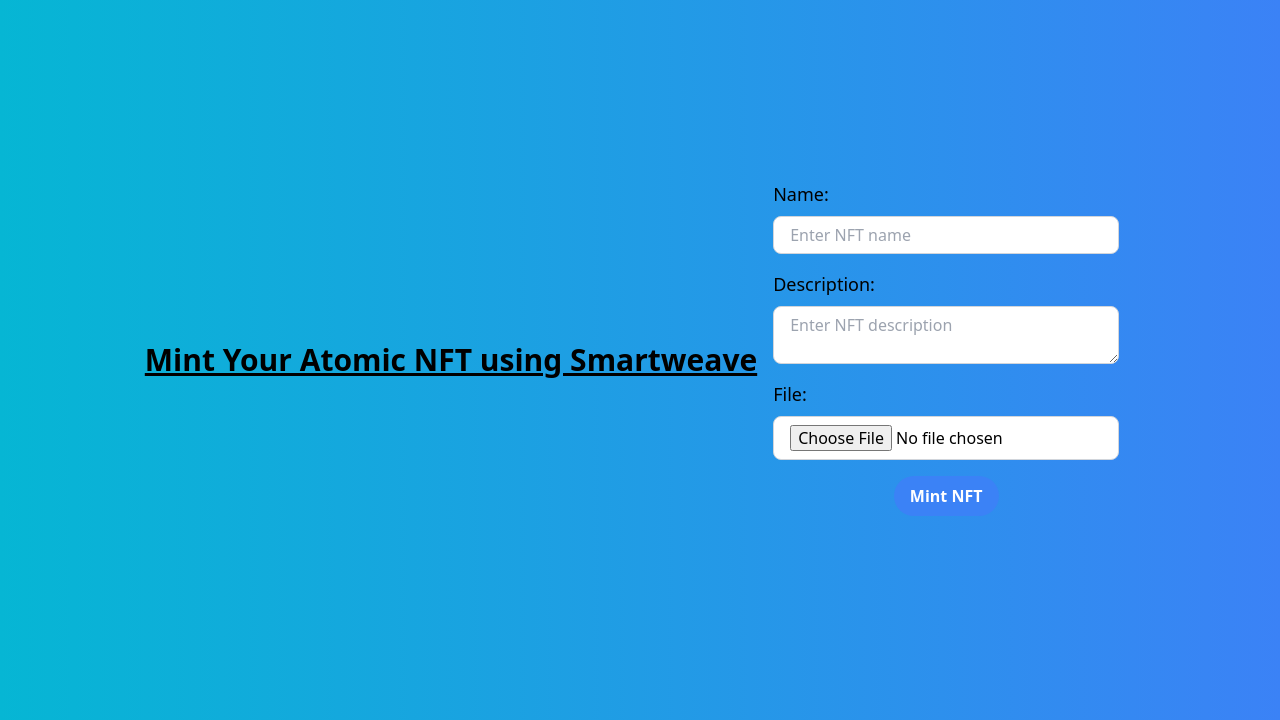
Repository: pawelpiwowarski/arweave-nft
Page: /
An editor plug-in stored every save of this project. The page is shown before and after the next save, followed by the edit.
The browser window is 1280 px wide. The pictures show the whole page.
The project was rebuilt for these pictures with package versions that can differ from the ones it lists, and the page was loaded fresh each time. The framework's server and built-in components were replaced by stand-ins that run in the browser.

Above is the page before, as saved 2023-01-30 14:57:46.

### pages/_app.tsx
import '../styles/globals.css'

function MyApp({ Component, pageProps }) {
    return <Component {...pageProps} />
    }

export default MyApp

### pages/index.tsx
import { useState } from "react";
import connectToContract from '../configureWarpClient'
import {mintAtomicNFT} from '/Users/pawelpiwowarski/Arweave/arwaeve-nft/contracts/tools/mintatomicnft'
import FormData from "form-data";

function HomePage() {

const [name, setName] = useState<string | null>(null);
const [respoonse, setResponse] = useState<string | null>(null);
const [description, setDescription] = useState<string | null>(null);




  async function handleSubmision(event: any) {
    const file = document.getElementById('file') as HTMLInputElement;

    // prevent fromm re
    event.preventDefault();
    const {address} = await connectToContract();
    console.log(file.files[0])
    const formData = new FormData() as any;
    formData.append('address', address);
    formData.append('blob', file.files[0]);
    formData.append('name', name);
    formData.append('description', description);

    const respoonse  = await fetch('http://localhost:3000/api/mint', { method: 'POST', body: formData });


    const {tx} = await respoonse.json();
    setResponse(tx);


  }
  async function handleFile() {

    console.log('file selected');



  }




  return (

       //centered div and apply nice background color
    <div className="bg-gradient-to-r from-cyan-500 to-blue-500 flex justify-center items-center h-screen bg-gray-100">


      <h1 className="text-3xl font-bold underline" >Mint Your Atomic NFT using Smartweave </h1>
      <form>
  <div className="flex flex-col m-4">
    <label className="text-lg font-medium mb-2" >Name:</label>
    <input className="bg-white focus:outline-none focus:shadow-outline-blue border border-gray-300 rounded-lg py-2 px-4 block w-full leading-5"
     type="text" id="name" name="name" placeholder="Enter NFT name" onChange= {(e)=> {

      setName(e.target.value);

     }}required/>
  </div>

  <div className="flex flex-col m-4">
    <label className="text-lg font-medium mb-2" >Description:</label>
    <textarea className="bg-white focus:outline-none focus:shadow-outline-blue border border-gray-300 rounded-lg py-2 px-4 block w-full leading-5"
    id="description" name="description" placeholder="Enter NFT description" onChange = {(e)=> {

        setDescription(e.target.value);

    }}required></textarea>
  </div>

  <div className="flex flex-col m-4">
    <label className="text-lg font-medium mb-2" >File:</label>
    <input className="bg-white focus:outline-none focus:shadow-outline-blue border border-gray-300 rounded-lg py-2 px-4 block w-full leading-5"
     type="file" id="file" name="file" onChange={handleFile} placeholder="Select NFT file" required/>
  </div>

  <div className="flex justify-center">
    <button className="bg-blue-500 hover:bg-blue-700 text-white font-bold py-2 px-4 rounded-full"  onClick={handleSubmision}>

      Mint NFT
    </button>

  </div>

  <div className="flex flex-col m-4">
    <p className="text-lg font-medium mb-2" > { respoonse &&  "Your Atomic NFT has been sucessfully minted on the Arweave blockchain  you can see by clicking on this link"} <a target="_blank" href={respoonse}> {respoonse}</a></p>
  </div>



</form>






    </div>

  );
}

export default HomePage;

### configureWarpClient.ts
import { WarpFactory } from "warp-contracts";


let warp;


async function connectToContract() {
  warp = WarpFactory.forMainnet();

  // obtain the signature from the user who is using ArConnect wallet

  await window.arweaveWallet.connect([
    "ACCESS_ADDRESS",
    "SIGN_TRANSACTION",
    "SIGNATURE",
  ]);

  const address = await window.arweaveWallet.getActiveAddress();
  return { address };
}

export default connectToContract;

Loaded but not shown: styles/globals.css (common file); tailwind.config.js (common file)

After the next save:
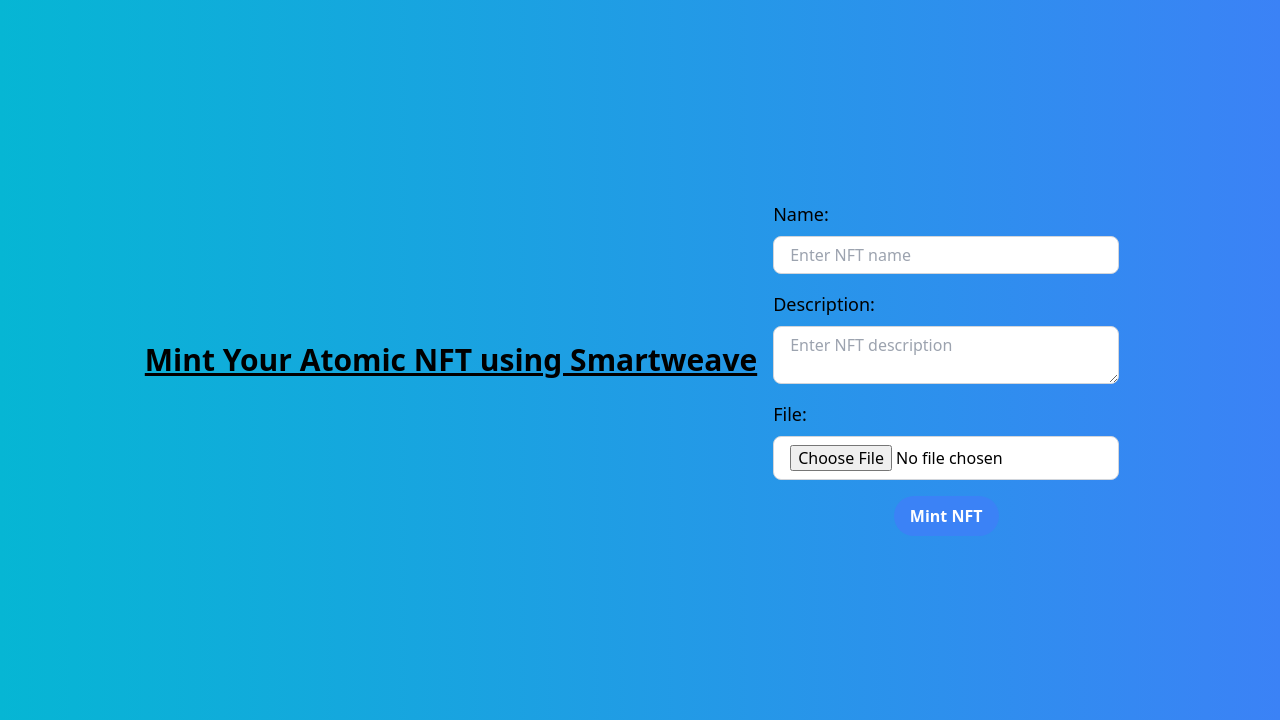
Saved 3 min 35 s later.
--- a/pages/index.tsx
+++ b/pages/index.tsx
@@ -85,12 +85,12 @@
     </button>
 
   </div>
-
+  {respoonse &&
   <div className="flex flex-col m-4">
-    <p className="text-lg font-medium mb-2" > { respoonse &&  "Your Atomic NFT has been sucessfully minted on the Arweave blockchain  you can see by clicking on this link"} <a target="_blank" href={respoonse}> {respoonse}</a></p>
+    <p className="text-lg font-medium mb-2" > {  "Your Atomic NFT has been sucessfully minted on the Arweave blockchain  you can see by clicking on this link"} <a target="_blank" href={respoonse}> {respoonse}</a></p>
   </div>
 
-
+  }
 
 </form>
 
